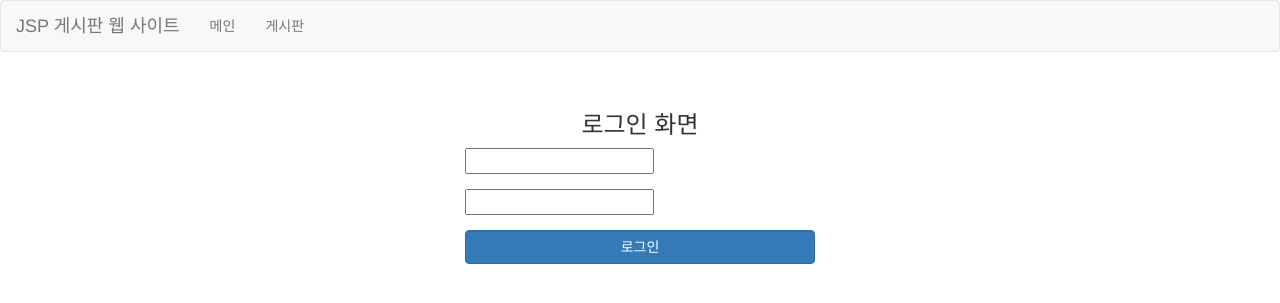
Repository: chyun94/JSP-
Page: http://localhost/BBS/join.jsp
The author's editor kept a copy of each file at every save. The page is drawn from the files as they stood at one save, then again after the next save.
The browser window is 1280 px wide. The pictures show the whole page.
Some web libraries are served in a nearby version. The page is served by Tomcat 9. Other server files are loaded and not shown.

Above is the page before, as saved 2021-05-07 11:11:15.

### BBS/WebContent/join.jsp
<%@ page language="java" contentType="text/html; charset=UTF-8"
	pageEncoding="UTF-8"%>
<!DOCTYPE html>
<html>
<head>
<meta http-equiv="Content-Type" content="text/html; charset="UTF-8">
<!-- 아래 메타 태그는 디바이스마다 크기를 설정하기 위해서 작한한 메타 태그 -->
<meta name="viewport" content="width=device-width" , initial-scale="1">
<link rel="stylesheet" href="css/bootstrap.css">

<title>JSP 게시판 웹 사이트</title>
</head>
<body>
	<nav class="navbar navbar-default">
		<div class="navbar-header">
			<button type="button" class="navbar-toggle collapsed"
				data-toggle="collapse" data-target="#bs-example-navbar-collapse-1"
				aria-expanded="false">

				<span class="icon-bar"></span> <span class="icon-bar"></span> <span
					class="icon-bar"></span>

			</button>
			<a class="navbar-brand" href="main.jsp">JSP 게시판 웹 사이트</a>
		</div>
		<div class="collapse navbar-collapse"
			id="bs-example-navbar-collapse-1">
			<ul class="nav navbar-nav">
				<li><a href="main.jsp">메인</a></li>
				<li><a href="bbs.jsp">게시판</a></li>
			</ul>



		</div>
	</nav>
	<div class="container">
		<div class="col-lg-4"></div>
		<div class="col-lg-4">
			<div class="jumbortron" style="padding-top: 20px;">
				<h3 style="text-align: center;">로그인 화면</h3>
				<div class="form-group">
					<input type="text" class="form-control=" 아이디" name="userID"
						maxlength="20">
				</div>

				<div class="form-group">
					<input type="password" class="form-control="
						비밀번호" name="userPassword" maxlength="20">
				</div>
				<input type="submit" class="btn btn-primary form-control"
					value="로그인">
			</div>
		</div>
	</div>
	<script src="https://code.jquery.com/jquery-3.1.1.min.js"></script>
	<script src="js/bootstrap.js"></script>

</body>
</html>

Loaded but not shown: BBS/WebContent/css/bootstrap.css (library); BBS/WebContent/js/bootstrap.js (library)

After the next save:
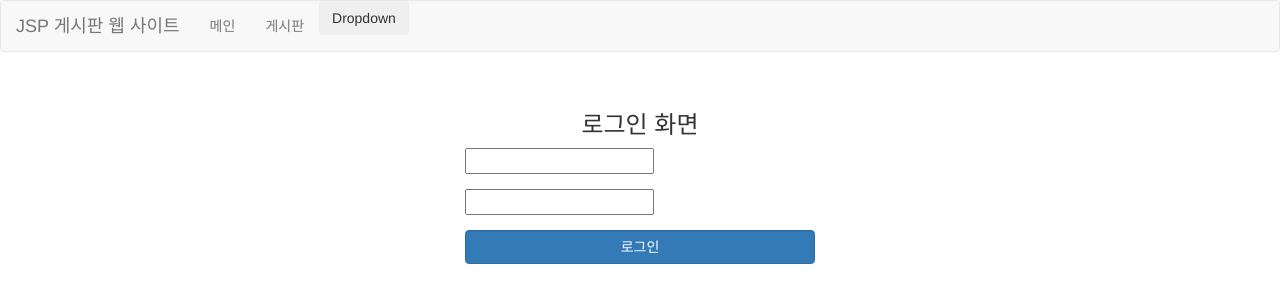
Saved 31 s later.
--- a/BBS/WebContent/join.jsp
+++ b/BBS/WebContent/join.jsp
@@ -31,6 +31,17 @@
 			</ul>
 
 
+			<div class="dropdown">
+				<button class="btn btn-secondary dropdown-toggle" type="button"
+					id="dropdownMenu2" data-toggle="dropdown" aria-haspopup="true"
+					aria-expanded="false">Dropdown</button>
+				<div class="dropdown-menu" aria-labelledby="dropdownMenu2">
+					<button class="dropdown-item" type="button">Action</button>
+					<button class="dropdown-item" type="button">Another action</button>
+					<button class="dropdown-item" type="button">Something else
+						here</button>
+				</div>
+			</div>
 
 		</div>
 	</nav>
